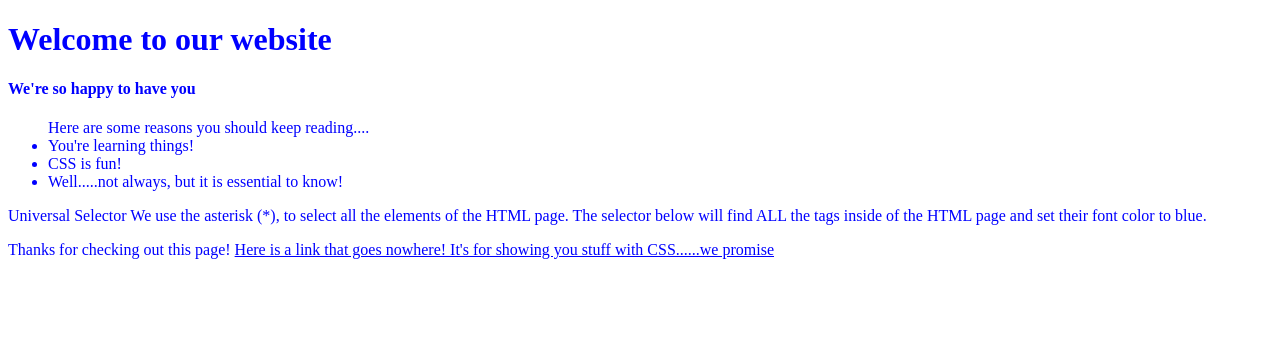
Repository: AnnaSpirit/Tests__
Page: CSS/Useful_Selectors.html
An editor plug-in stored every save of this project. The page is shown before and after a run of saves, followed by the edit.
The browser window is 1280 px wide. The pictures show the whole page.

Above is the page before, as saved 2024-04-01 12:12:09.

After the next 3 saves:
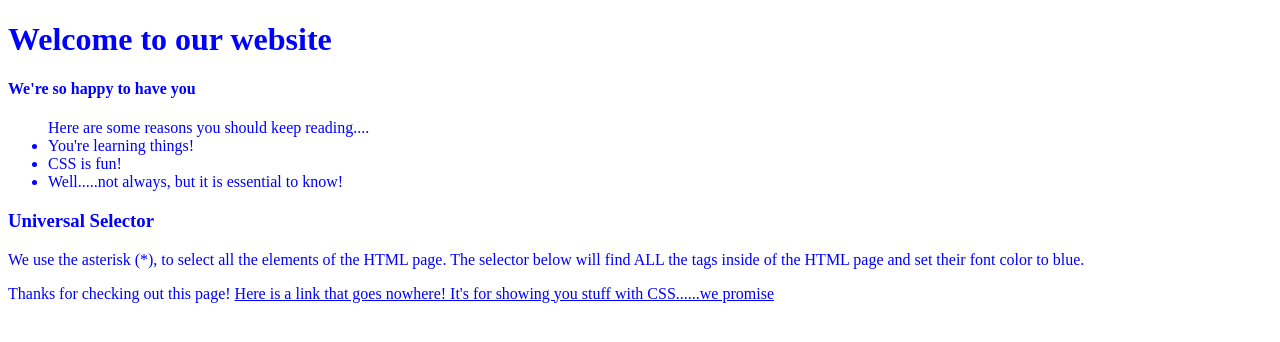
The 3 saves are shown as one change because they came seconds apart.
The last was saved 21 s later.
--- a/CSS/Useful_Selectors.html
+++ b/CSS/Useful_Selectors.html
@@ -19,7 +19,7 @@
         </ul>
     </section>
     <section>
-        Universal Selector
+        <h3>Universal Selector</h3>
         We use the asterisk (*), to select all the elements of the HTML page.
 
         The selector below will find ALL the tags inside of the HTML page and set their font color to blue.
